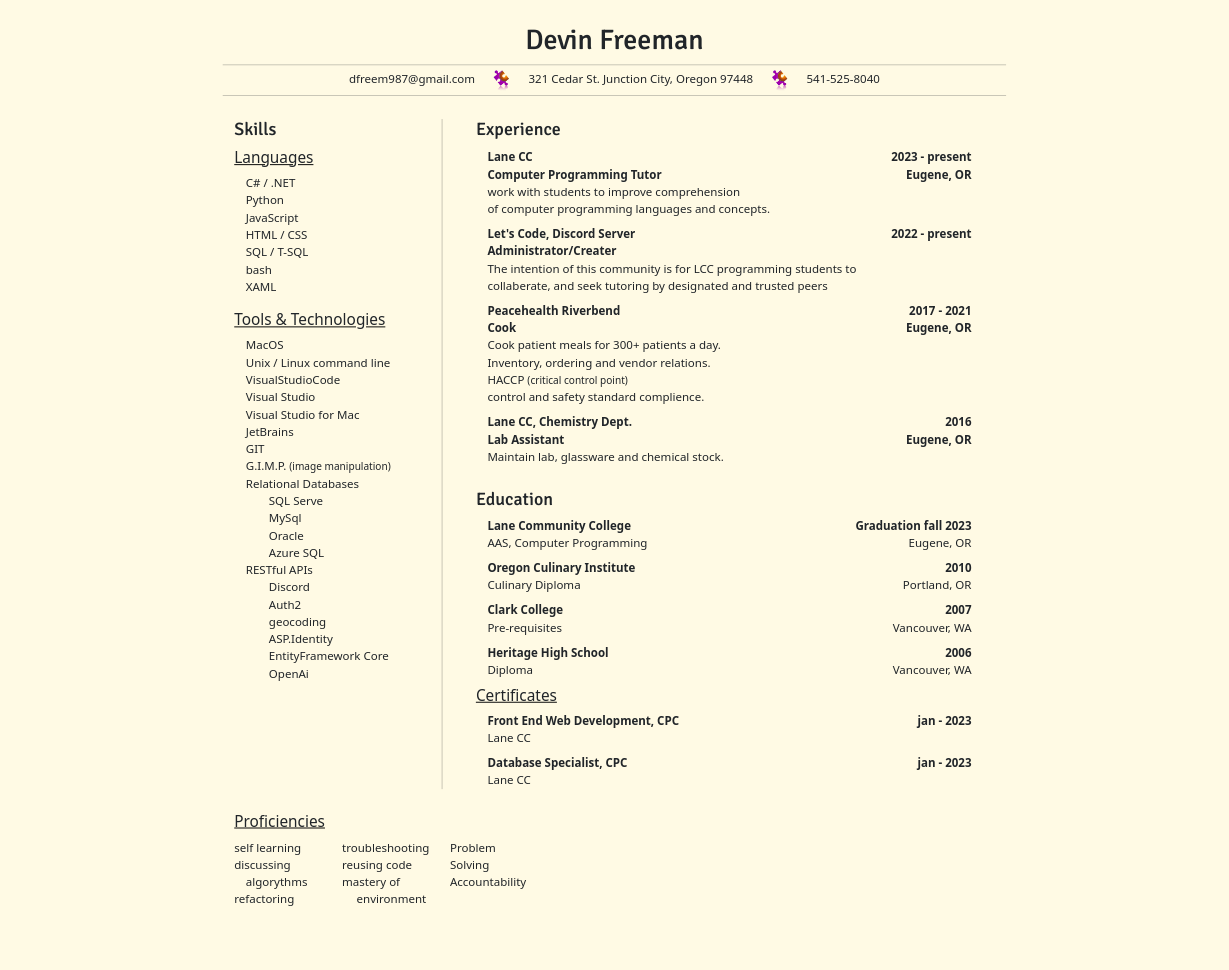
Repository: Dfreem/Resume
Page: index.html
These files come from the project's save history. The page is drawn as it stood at one moment and after the next save; the edit follows.
The browser window is 1280 px wide. The pictures show the whole page, at 96% of full size.

Above is the page before, as saved 2023-02-13 13:20:26.

### index.html
<!DOCTYPE html>
<html lang="en">

<head>
    <meta charset="UTF-8">
    <meta http-equiv="X-UA-Compatible" content="IE=edge">
    <meta name="viewport" content="width=device-width, initial-scale=1.0">
    <link href="https://cdn.jsdelivr.net/npm/bootstrap@5.3.0-alpha1/dist/css/bootstrap.min.css" rel="stylesheet"
        integrity="sha384-GLhlTQ8iRABdZLl6O3oVMWSktQOp6b7In1Zl3/Jr59b6EGGoI1aFkw7cmDA6j6gD" crossorigin="anonymous">
    <link href="resume.css" rel="stylesheet" />
    <title>Devin Freeman</title>
</head>

<body>

    <h1>Devin Freeman</h1>
    <hr />

    <!-- ========= banner ========= -->

    <div class="personal-info">
        dfreem987@gmail.com
        &emsp;
        <span><img src="puzzle.png" class="puzzle-piece"></img></span>
        &emsp;
        321 Cedar St. Junction City, Oregon 97448
        &emsp;
        <span><img src="puzzle.png" class="puzzle-piece"></img></span>
        &emsp;
        541-525-8040
        <!-- &nbsp;freemand@my.lanecc.edu -->
    </div>
    <hr />
    <!-- ========= Skills start ========= -->

    <div class="hstack">
        <div class="vstack skill-stack">
            <h2>Skills</h2>

            <!-- ========= programming language list ========= -->

            <ul class="skill">
                <div class="d-flex flex-row flex-nowrap">
                    <h3>Languages</h3>
                </div>
                <li class="d-flex flex-row flex-nowrap">
                    C# / .NET</li>
                <li class="d-flex flex-row flex-nowrap">
                    Python</li>
                <li class="d-flex flex-row flex-nowrap">
                    JavaScript</li>
                <li class="d-flex flex-row flex-nowrap">
                    HTML / CSS</li>
                <li class="d-flex flex-row flex-nowrap">
                    SQL / T-SQL</li>
                <li class="d-flex flex-row flex-nowrap">
                    bash</li>
                <li class="d-flex flex-row flex-nowrap">
                    XAML</li>
            </ul>
            <ul class="skill">
                <div>
                    <h3>Tools & Technologies</h3>
                </div>
                <li>MacOS</li>
                <li>Unix / Linux command line</li>
                <li>VisualStudioCode</li>
                <li>Visual Studio</li>
                <li>Visual Studio for Mac</li>
                <li>JetBrains </li>
                <li>GIT</li>
                <li>G.I.M.P. <small>(image manipulation)</small></li>
                <li>
                    <ul>
                        Relational Databases
                        <li class="ms-4">SQL Serve</li>
                        <li class="ms-4">MySql</li>
                        <li class="ms-4">Oracle</li>
                        <li class="ms-4">Azure SQL</li>
                    </ul>
                </li>
                <li>
                    <ul>
                        RESTful APIs
                        <li class="ms-4">Discord</li>
                        <li class="ms-4">Auth2</li>
                        <li class="ms-4">geocoding</li>
                        <li class="ms-4">ASP.Identity</li>
                        <li class="ms-4">EntityFramework Core</li>
                        <li class="ms-4">OpenAi</li>
                    </ul>
                </li>
                <li>

                </li>
                <li>

                </li>
            </ul>

            <!-- ========= Soft Skills ========= -->


            <!-- ========= Professional References ========= -->

            <!-- <hr class="my-3" />
                <h3>References</h3>
                <dl class="profs me-2">
                    <dt class="d-flex flex-row flex-nowrap">
                        Bryce Fisher
                        <div class="push-right">
                            Lane CC, 2022
                        </div>
                    </dt>
                    <dd>
                        <b>collaborator / school colleague</b><br />
                        360-913-4165 <br />
                        bryce.e.fisher@gmail.com.
                    </dd>
                </dl>

                <dl class="profs me-2">
                    <dt class="d-flex flex-row flex-nowrap">
                        Ben Wilson
                        <div class="push-right">
                            Lane CC, 2022
                    </div>
                </dt>
                <dd>
                    <b>school colleague / tutee</b><br />
                    541-870-0555<br />
                    benosliw@gmail.com
                </dd>
            </dl>

            <dl class="profs me-2">
                <dt class="d-flex flex-row flex-nowrap">
                    Paul Frost
                    <div class="push-right">
                        Lane CC, 2022
                    </div>
                </dt>
                <dd>
                    <b>school colleague / tutee</b><br />
                    458-210-0711<br />
                    workpaulfrost@gmail.com<br />

                </dd>
            </dl> -->
        </div>
        <div class="vr my-4"></div>
        <div class="vstack work-stack">

            <!-- ========= Most Recent Work History ========= -->

            <dl class="work-history mt-4">
                <h2>Experience</h2>

                <!-- ========== Experience ========== -->

                <div class="container work-container">
                    <dt class="d-flex flex-nowrap flex-row">
                        Lane CC
                        <br />
                        Computer Programming Tutor
                        <div class="push-right">
                            2023 - present
                            <br />
                            Eugene, OR
                        </div>
                    </dt>
                    <dd class="ed-details">
                        work with students to improve comprehension <br /> of computer programming languages and
                        concepts.
                    </dd>
                </div>

                <div class="container work-container">
                    <dt class="d-flex flex-nowrap flex-row">
                        Let's Code, Discord Server<br />
                        Administrator/Creater
                        <div class="push-right">2022 - present</div>
                    </dt>
                    <dd class="ed-title">
                        The intention of this community is for LCC programming students to<br />
                        collaberate, and seek tutoring by designated and trusted peers
                    </dd>
                </div>
                <!-- ========== work history slot 2 ========== -->
                <div class="container work-container">
                    <dt class="d-flex flex-nowrap flex-row">
                        Peacehealth Riverbend
                        <br />
                        Cook
                        <div class="push-right">
                            2017 - 2021
                            <br />
                            Eugene, OR
                        </div>
                    </dt>
                    <dd class="ed-details">
                        Cook patient meals for 300+ patients a day. <br />
                        Inventory, ordering and vendor relations. <br />
                        HACCP <small>(critical control point)</small><br />
                        control and safety standard complience. <br />
                    </dd>
                </div>

                <!-- ========== work history slot 3 ========== -->
                <!--
                    <div class="container work-container">
                        <dt class="d-flex flex-nowrap flex-row">
                            McMenamins
                            <br />
                            Assistant kitchen manager
                            <div class="push-right">
                                2011-2013
                                <br />
                                Portland, OR
                                <br />
                            </div>
                        </dt>
                        <dd class="ed-details">
                            Staff management. Food order expeditor. <br />
                            Proficient in all stations including Pizza Kitchen.
                        </dd>
                    </div> -->

                <!-- ========== work history slot 3 ========== -->

                <div class="container work-container">
                    <dt class="d-flex flex-nowrap flex-row">
                        Lane CC, Chemistry Dept.
                        <br />
                        Lab Assistant
                        <div class="push-right">
                            2016
                            <br />
                            Eugene, OR
                        </div>
                    </dt>
                    <dd class="ed-details">Maintain lab, glassware and chemical stock.</dd>
                </div>
            </dl>

            <!-- ========== Education Start ========== -->

            <dl class="education">
                <h2>Education</h2>

                <!-- ========== Education slot 1 ========== -->

                <div class="container work-container">
                    <dt class="d-flex flex-nowrap flex-row">
                        <div class="ed-title">Lane Community College</div>
                        <div class="push-right">Graduation fall 2023</div>
                    </dt>
                    <dd class="d-flex flex-nowrap flex-row">
                        <div class="ed-title">AAS, Computer Programming </div>
                        <span class="push-right"> Eugene, OR </span>
                    </dd>
                </div>

                <!-- ========== Education slot 2 ========== -->

                <div class="container work-container">
                    <dt class="d-flex flex-nowrap flex-row">
                        <div class="ed-title">Oregon Culinary Institute</div>
                        <span class="push-right">2010</span>
                    </dt>
                    <dd class="d-flex flex-nowrap flex-row">
                        <div class="ed-title">Culinary Diploma</div>
                        <span class="push-right">Portland, OR</span>
                    </dd>
                </div>

                <!-- ========== Education slot 3 ========== -->

                <div class="container work-container">
                    <dt class="d-flex flex-nowrap flex-row">
                        <div class="ed-title">Clark College</div>
                        <span class="push-right">2007</span>
                    </dt>
                    <dd class="d-flex flex-nowrap flex-row">
                        <div class="ed-title">Pre-requisites</div>
                        <span class="push-right">Vancouver, WA</span>
                    </dd>
                </div>

                <!-- ========== Education slot 4 ========== -->

                <div class="container work-container">
                    <dt class="d-flex flex-nowrap flex-row">
                        <div class="ed-title">Heritage High School</div>
                        <span class="push-right">2006</span>
                    </dt>
                    <dd class="d-flex flex-nowrap flex-row">
                        <div class="ed-title">Diploma</div>
                        <span class="push-right">Vancouver, WA</span>
                    </dd>
                </div>
                <!-- ========= Certifications ========= -->


                <h3>Certificates</h3>
                <div class="container work-container">
                    <dt class="d-flex flex-row flex-nowrap">
                        <div class="ed-title">Front End Web Development, CPC</div>
                        <span class="push-right">jan - 2023</span>
                    </dt>
                    <dd>Lane CC</dd>
                </div>

                <div class="container work-container">
                    <dt class="d-flex flex-row flex-nowrap">
                        <div class="ed-title">Database Specialist, CPC </div>
                        <span class="push-right">jan - 2023</span>
                    </dt>
                    <dd>Lane CC
                    </dd>
                </div>
            </dl>
            <!-- <hr /> -->
        </div>
    </div>
    <div class="row container profs ">
        <div class="d-flex flex-row flex-nowrap mx-auto">
            <h3>Proficiencies</h3>
        </div>
        <div class="col-3">
            <ul>
                <li class="d-flex flex-row flex-nowrap">
                    self learning<div class="push-right"></div>
                </li>
                <li class="d-flex flex-row flex-nowrap">
                    discussing <br />&emsp;algorythms<div class="push-right"></div>
                </li>
                <li class="d-flex flex-row flex-nowrap">
                    refactoring<div class="push-right"></div>
                </li>
            </ul>
        </div>
        <div class="col-3">

            <ul>
                <li class="d-flex flex-row flex-nowrap">
                    troubleshooting<div class="push-right "></div>
                </li>
                </class=>
                <li class="d-flex flex-row flex-nowrap">
                    reusing code<div class="push-right"></div>
                </li>
                <li class="d-flex flex-row flex-nowrap">
                    mastery of <br />&emsp; environment<div class="push-right ">
                    </div>
                </li>
            </ul>
        </div>
        <div class="col-3">
            <ul>
                <li class="d-flex flex-row flex-nowrap">
                    Problem Solving<div class="push-right "></div>
                </li>
                <li class="d-flex flex-row flex-nowrap">
                    Accountability<div class="push-right "></div>
                </li>
            </ul>
        </div>

</body>
<script src="https://cdn.jsdelivr.net/npm/bootstrap@5.3.0-alpha1/dist/js/bootstrap.bundle.min.js"
    integrity="sha384-w76AqPfDkMBDXo30jS1Sgez6pr3x5MlQ1ZAGC+nuZB+EYdgRZgiwxhTBTkF7CXvN"
    crossorigin="anonymous"></script>

</html>

### resume.css
@import url('https://fonts.googleapis.com/css2?family=Raleway:ital,wght@0,500;0,700;0,800;1,500&family=Signika:wght@400;500;700&display=swap');

/*
font-family: 'Raleway', sans-serif;
font-family: 'Signika', sans-serif;
*/
body {
    /* padding-inline: 0.5in; */
    padding-block-start: 2em;
    margin: auto;
    margin-bottom:0.5in;
    max-width: 8.5in;
    min-width: 8.5in;
    max-height: 11in;
    font-size: 12px;
    background-color: rgb(255, 250, 228);
}

.personal-info {
    text-align: center;
    margin-bottom: 0;
}

h1 {
    font-family: 'Signika', sans-serif;
    text-align: center;
    font-size: 22pt;
    letter-spacing: 105%;
}

h2 {
    font-family: 'Signika', sans-serif;
    font-size: 14pt;
    margin-block-start: 0;
}

h3 {
    font-size: 12pt;
    width: fit-content;
    text-decoration: underline solid black;
}

h4 {
    font-size: 12pt;
}

.puzzle-piece {
    width: 1.6em;
    margin-block: .3em;
}

.work-history {
    min-width: 90%;
    align-self: flex-end;
    margin-inline-end: 2em;
}

.seperater {
    position: relative;
    right: -35%;
    height:25px;
}

.education {
    align-self: flex-end;
    margin-inline-end: 2em;
    width: 90%;
}

.skill-stack {
    min-width:25%;
    max-width: 25%;
    margin-inline:1em;
    margin-block-end: 1em;
    margin-top: 2em;
    height: fit-content;
    /* background-color: chartreuse; */
}

.push-right {
    margin-inline-start: auto;
    text-align: right;
}

.profs {
    font-size: 12px;
    position:relative;
    /* background-color: chartreuse; */
    width:fit-content;
    /* margin:auto; */
}

.five {
    background-image: url("ducky.png");
    background-size: 12px;
    background-repeat: repeat-x;
    width:60px;
    background-position: 0 4px;
 }

.four {
    background-image: url("ducky.png");
    background-size: 12px;
    background-repeat: repeat-x;
    width:48px;
    /* background-position: ; */
}

.three {
    background-image: url("ducky.png");
    background-size: 12px;
    background-repeat: repeat-x;
    width:36px;
 }
.two {
    background-image: url("ducky.png");
    background-size: 12px;
    background-repeat: repeat-x;
    width:24px;
 }

 .skill > li {
    text-indent: 1em;
 }

hr {
    margin-block: 0;
}

ul {
    padding-Inline: 0;
}

li {
    list-style: none;
}

After the next save:
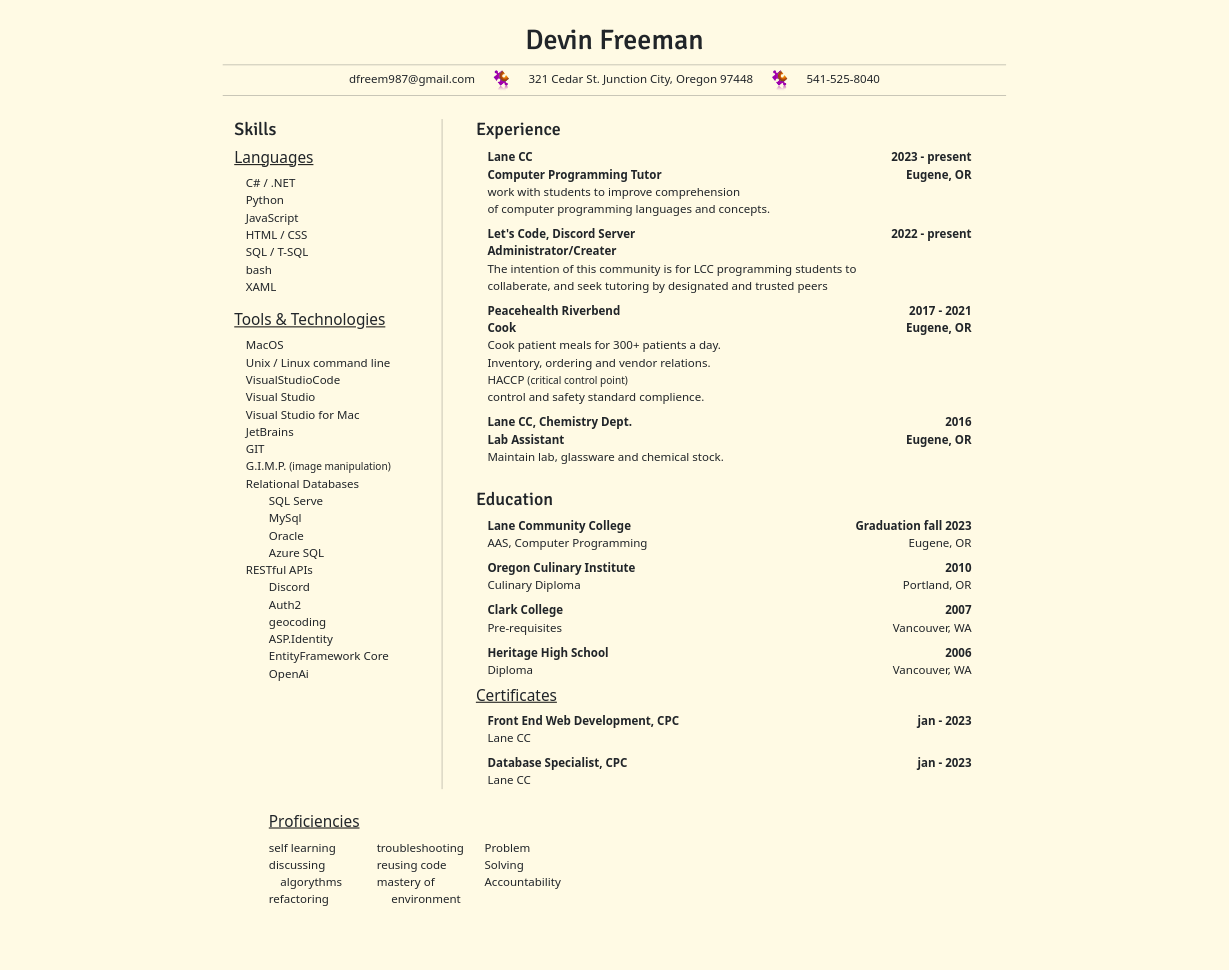
Saved 38 s later.
--- a/resume.css
+++ b/resume.css
@@ -85,6 +85,7 @@ h4 {
 .profs {
     font-size: 12px;
     position:relative;
+    margin-inline: 2em;;
     /* background-color: chartreuse; */
     width:fit-content;
     /* margin:auto; */
